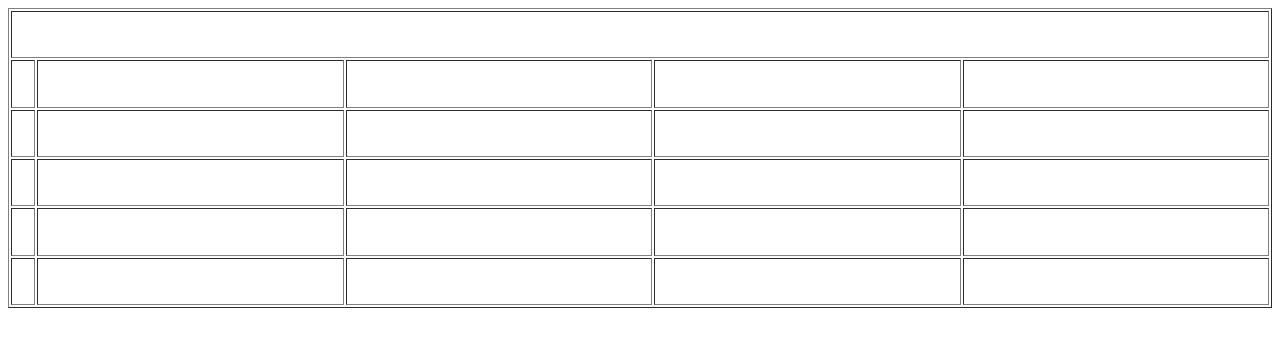
Repository: nijooymik/smartfactory
Page: jsp/t0718/src/main/webapp/html/img/tableex.html
The author's editor kept a copy of each file at every save. The page is drawn from the files as they stood at one save, then again after the next save.
The browser window is 1280 px wide. The pictures show the whole page.

Above is the page before, as saved 2022-07-18 04:53:55.

After the next save:
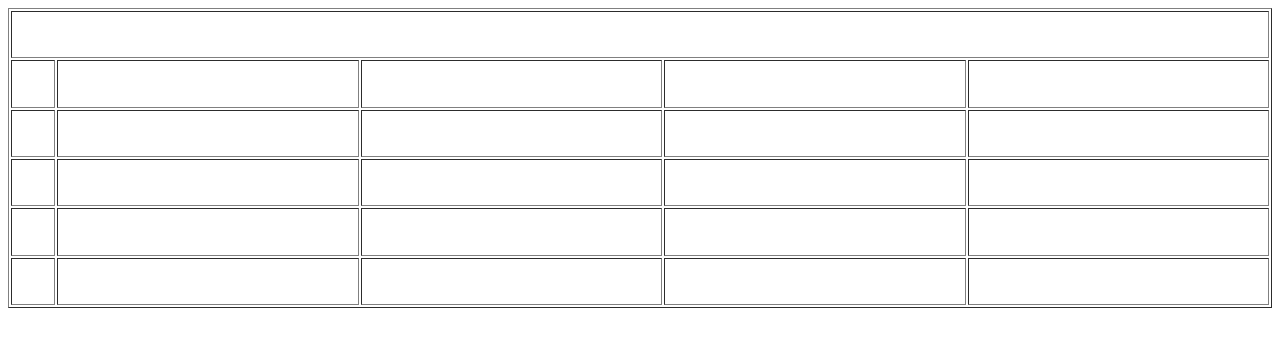
Saved 12 s later.
--- a/jsp/t0718/src/main/webapp/html/img/tableex.html
+++ b/jsp/t0718/src/main/webapp/html/img/tableex.html
@@ -10,7 +10,7 @@
 		<th colspan=5></th>
 	</tr>
 	<tr>
-		<th width="20"></th>
+		<th width="40"></th>
 		<th></th>
 		<th></th>
 		<th></th>
